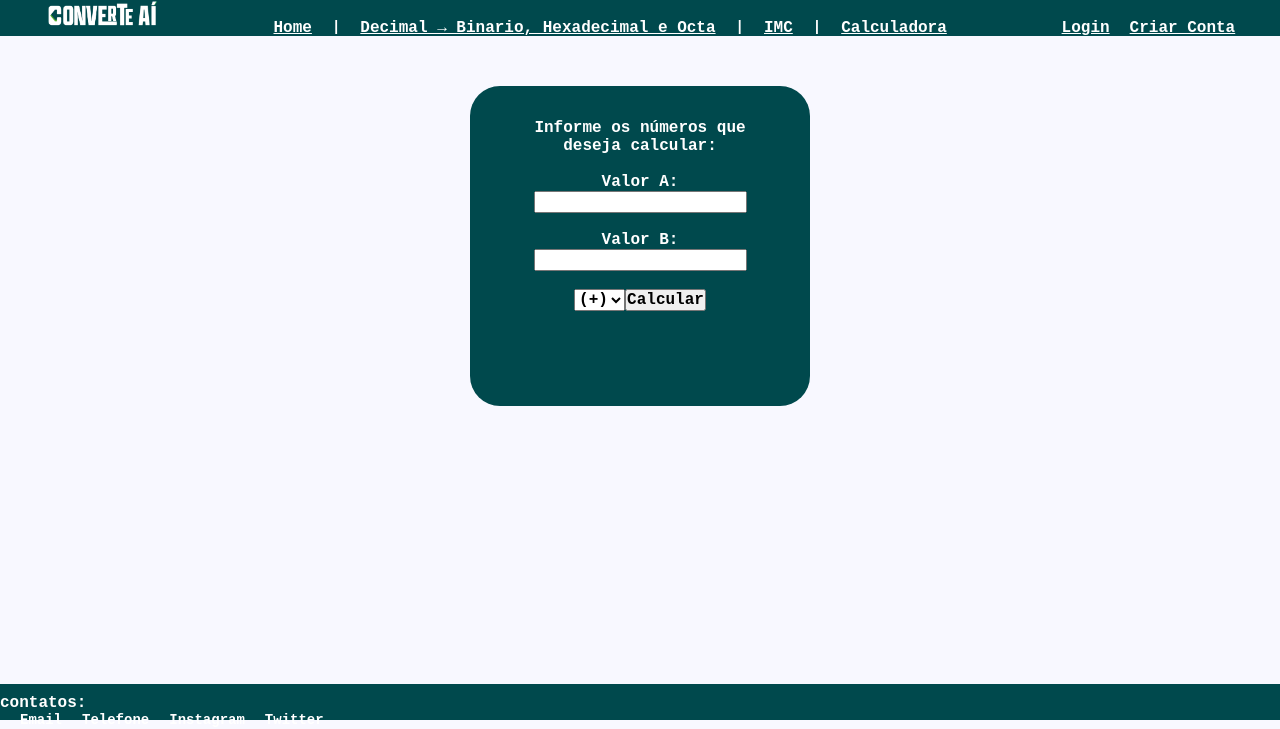
Repository: Frav1u/converteai
Page: ConverteAi/src/main/webapp/conversordemoeda.html
An editor plug-in stored every save of this project. The page is shown before and after the next save, followed by the edit.
The browser window is 1280 px wide. The pictures show the whole page.
Some web fonts or font styles are not loaded; a fallback is used.

Above is the page before, as saved 2023-10-04 04:08:26.

After the next save:
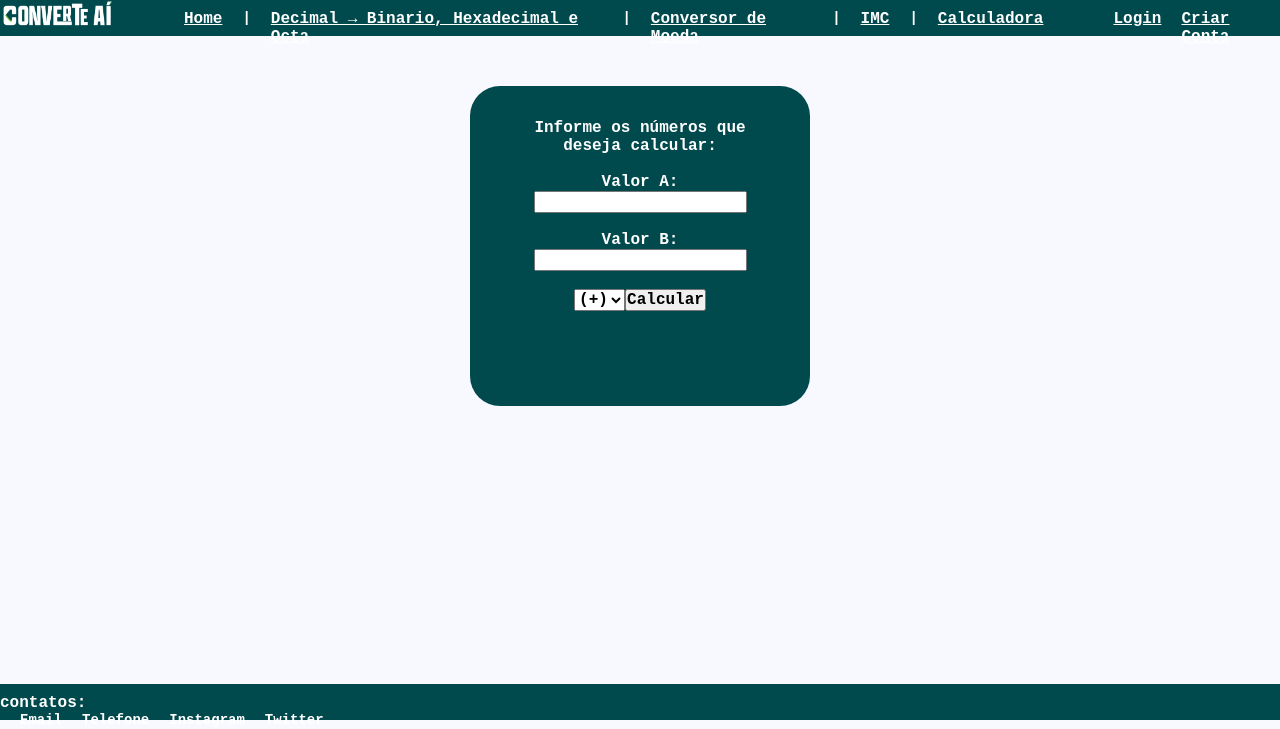
Saved 46 s later.
--- a/ConverteAi/src/main/webapp/conversordemoeda.html
+++ b/ConverteAi/src/main/webapp/conversordemoeda.html
@@ -14,13 +14,15 @@
 
         <nav>
             <ul class="menu">
-                <li><a href="home.html">Home</a></li>
-                <li> | </li>
-                <li><a href="decimalParaBinario.html">Decimal → Binario, Hexadecimal e Octa</a></li>
-                <li> | </li>
-                <li><a href="imc.html">IMC</a></li>
-                <li> | </li>
-                <li><a href="calculadora.html">Calculadora</a></li>
+				<li><a href="home.html">Home</a></li>
+				<li>  |  </li>
+				<li><a href="decimalParaBinario.html">Decimal → Binario, Hexadecimal e Octa</a></li>
+				<li>  |  </li>
+				<li><a href="conversordemoeda.html">Conversor de Moeda</a></li>
+				<li>  |  </li>
+				<li><a href="imc.html">IMC</a></li>
+				<li>  |  </li>
+				<li><a href="calculadora.html">Calculadora</a></li>
             </ul>
         </nav>
         <ul class="conta">
